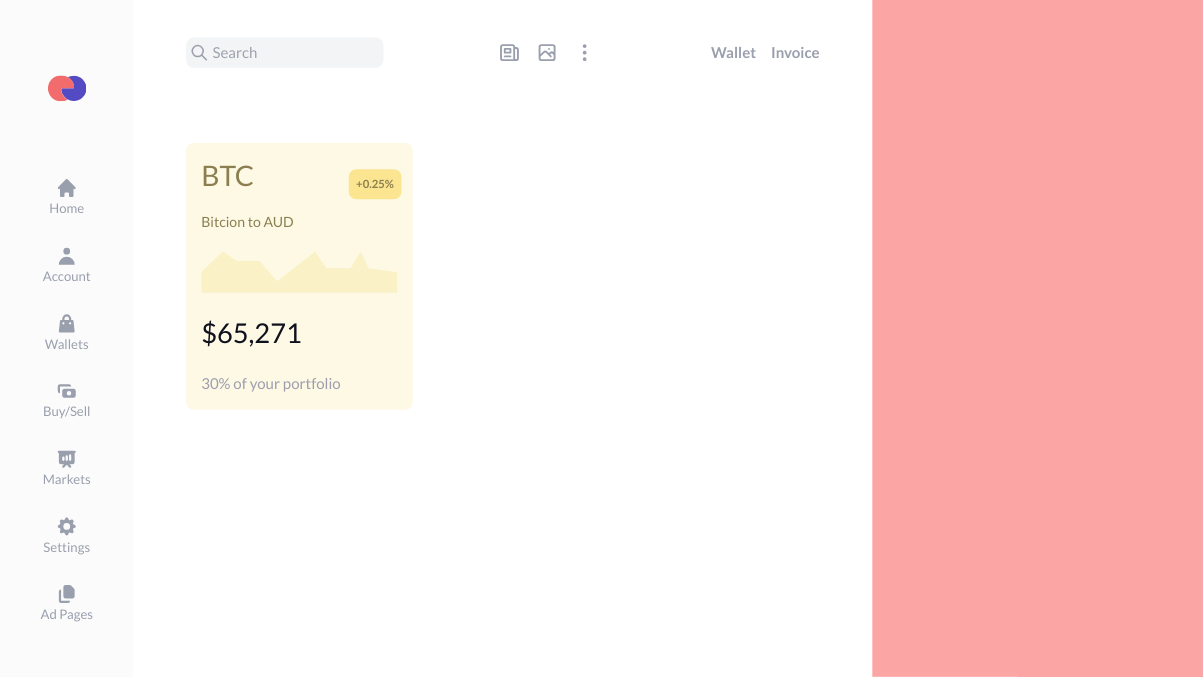
Repository: almaqdad55/crypto-app-nextjs
Page: /
The author's editor kept a copy of each file at every save. The page is drawn from the files as they stood at one save, then again after the next save.
The browser window is 1280 px wide. The pictures show the whole page, at 94% of full size.
The project was rebuilt for these pictures with package versions that can differ from the ones it lists, and the page was loaded fresh each time. The framework's server and built-in components were replaced by stand-ins that run in the browser.

Above is the page before, as saved 2022-01-04 21:00:59.

After the next save:
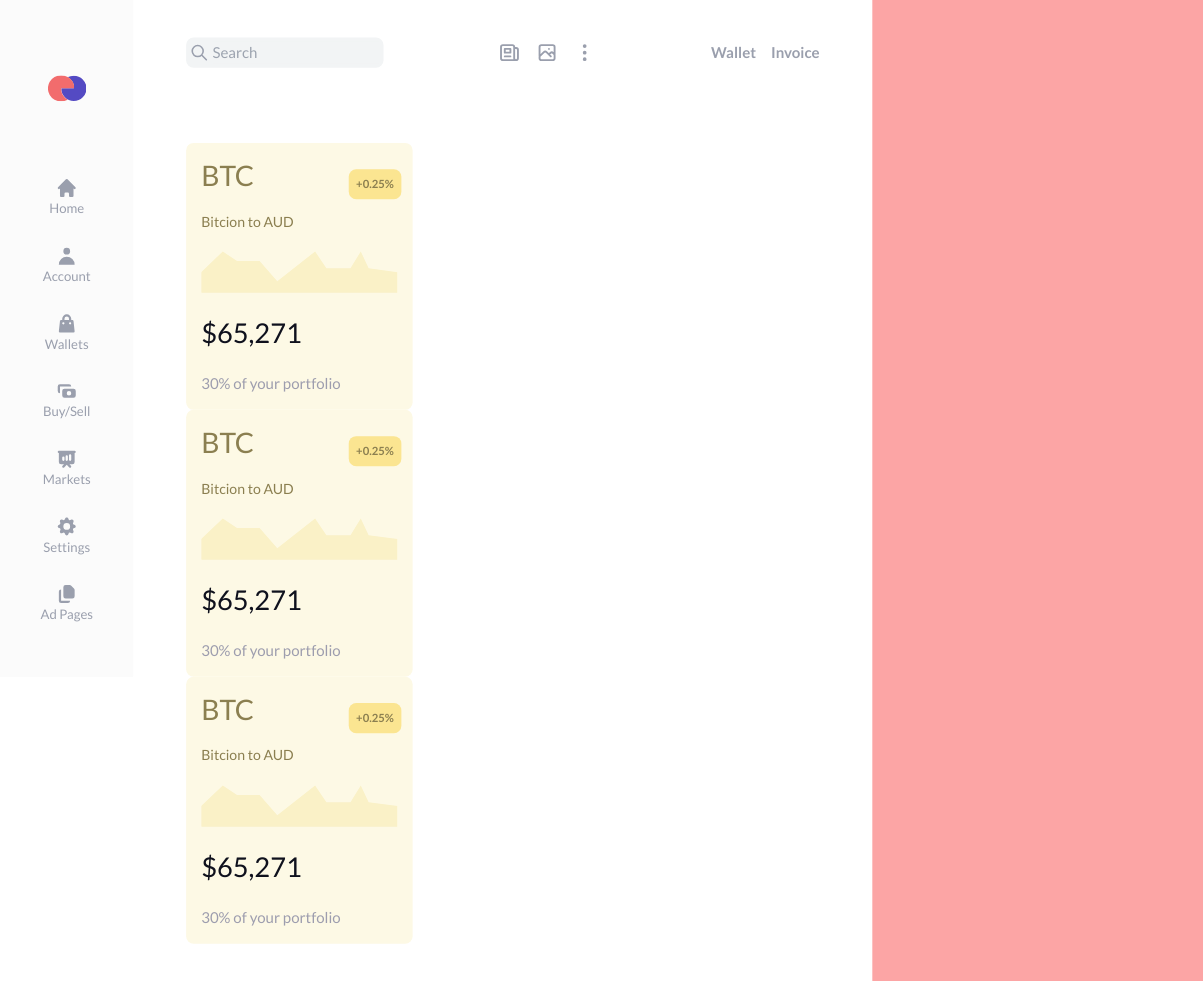
Saved 28 s later.
--- a/components/Feed.jsx
+++ b/components/Feed.jsx
@@ -35,6 +35,8 @@ const Feed = () => {
       {/* Cards Display */}
       <div>
         <Card />
+        <Card />
+        <Card />
       </div>
     </div>
   );
